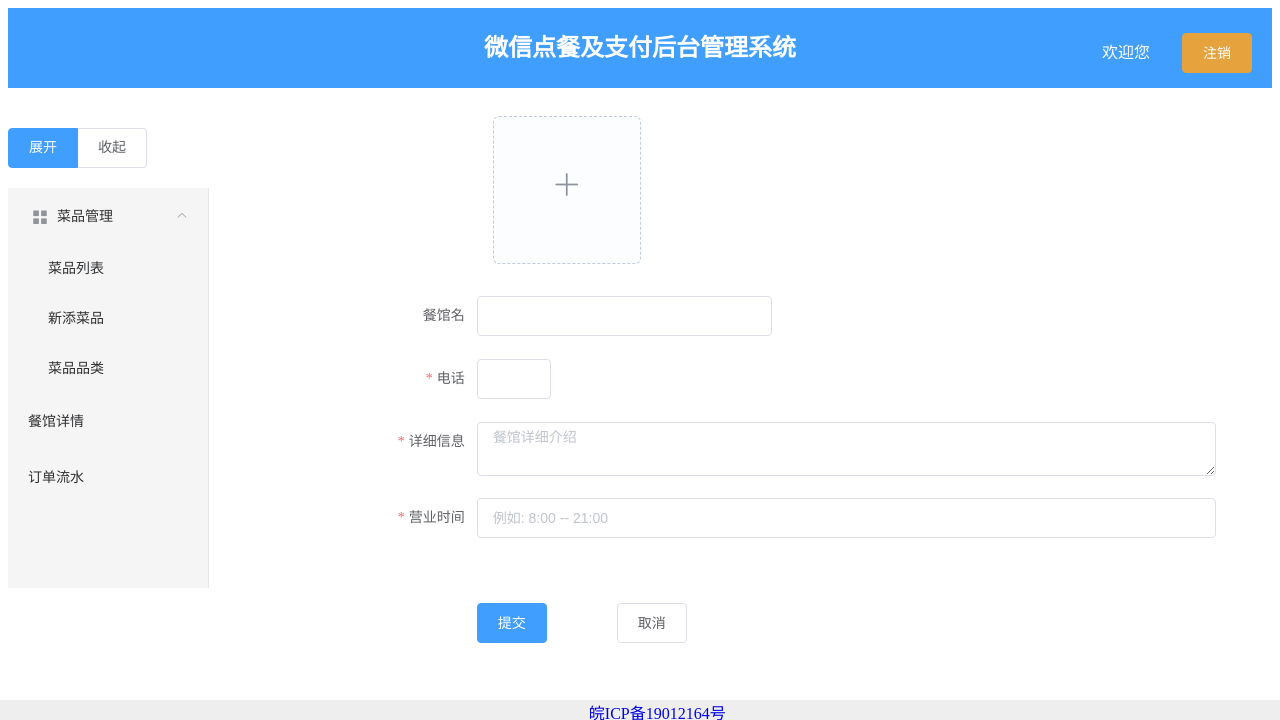
Repository: align-shi/order-web
Page: /pointpayment/hotelTable
These files come from the project's save history. The page is drawn as it stood at one moment and after the next save; the edit follows.
The browser window is 1280 px wide. The pictures show the whole page.
The page's requests for data from a server got no answer. The project was rebuilt for these pictures with package versions that can differ from the ones it lists, and the page was loaded fresh each time. No one was signed in, and anything a server would have sent is missing. Also part of the build but not shown: src/pages/login.vue.

Above is the page before, as saved 2020-03-11 21:02:43.

After the next save:
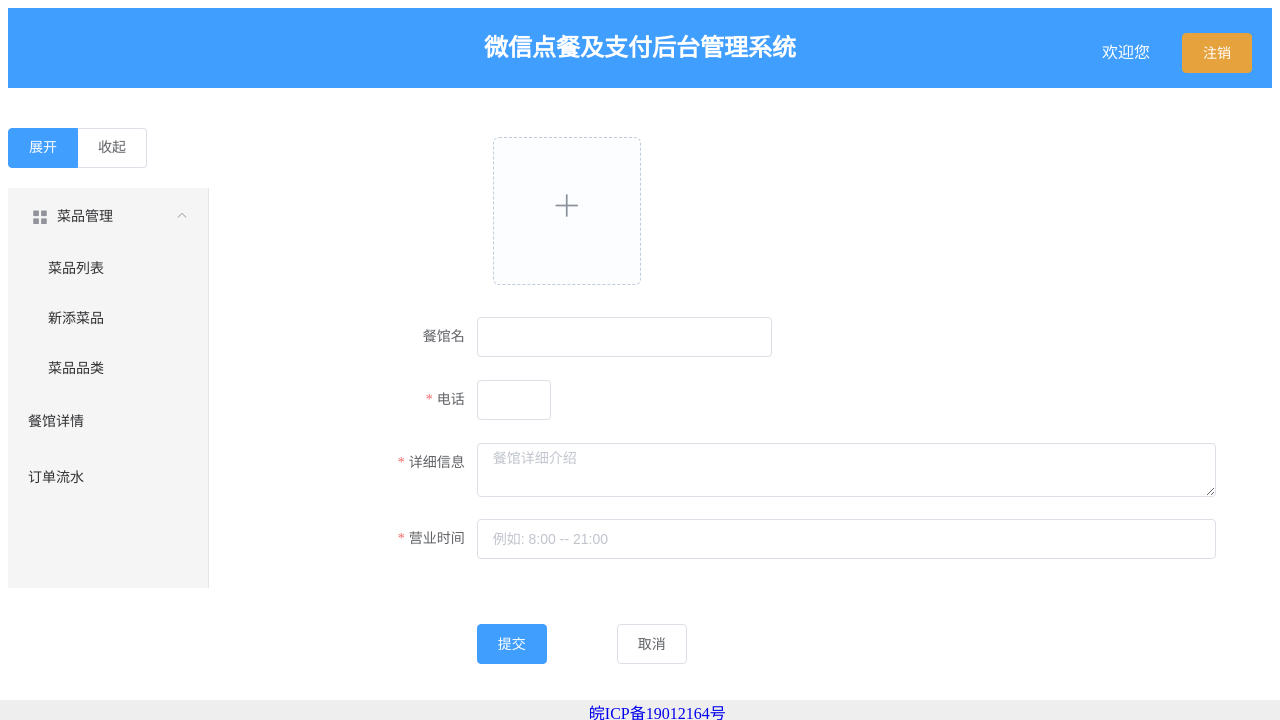
Saved 6 s later.
--- a/src/components/hotelTable.vue
+++ b/src/components/hotelTable.vue
@@ -160,7 +160,7 @@
     }
 
     .form{
-        margin-top:-2%;
+        margin-top:0%;
         margin-left:20%;
     }
 
